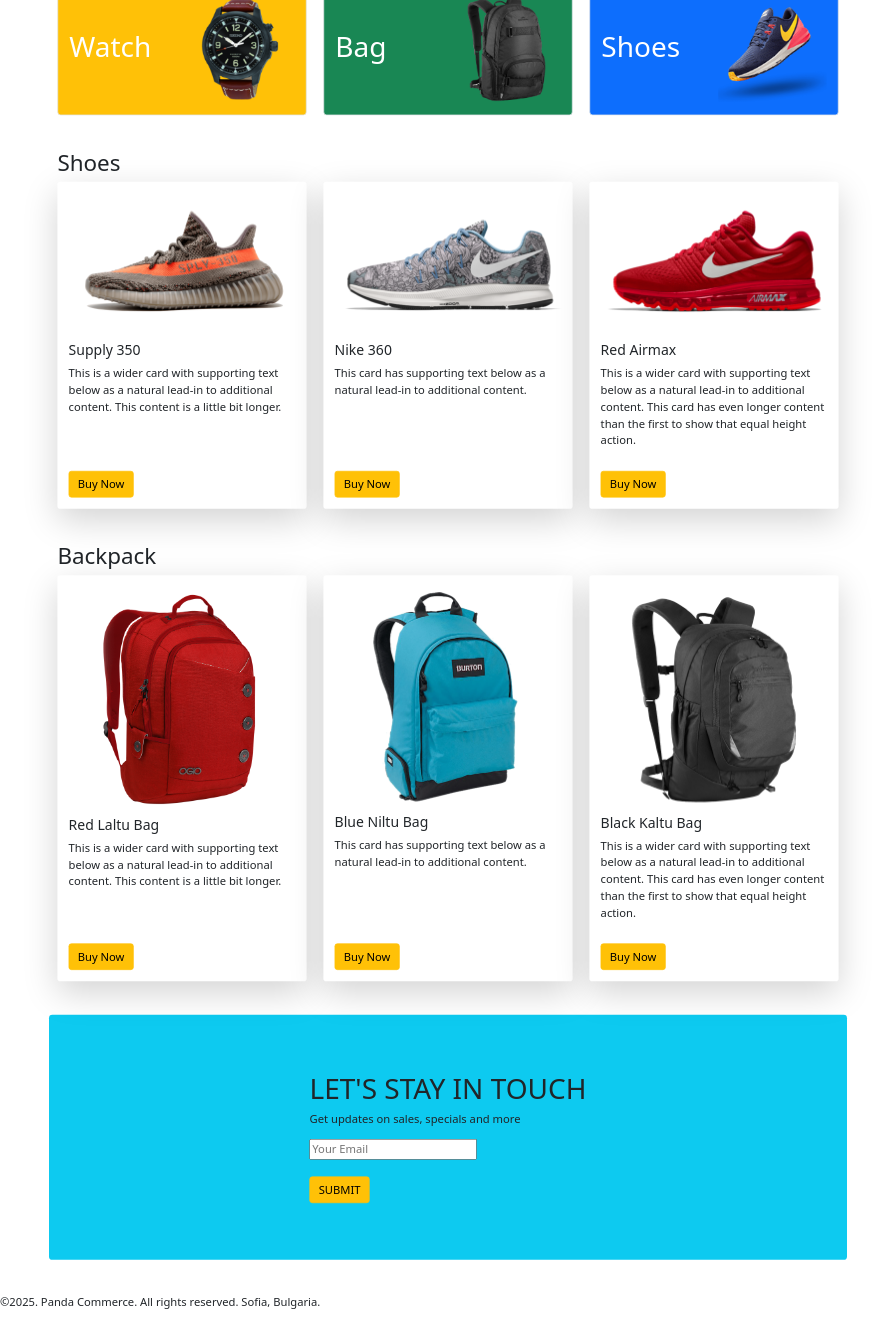
Repository: mdmohiddin/panda-commerce-rp
Page: index.html
These files come from the project's save history. The page is drawn as it stood at one moment and after the next save; the edit follows.
The browser window is 1280 px wide. The pictures show the part of the page from y = 664 to 2584 px (the page is 2584 px tall), at 70% of full size.

Above is the page before, as saved 2021-07-28 19:51:55.

### index.html
<!DOCTYPE html>
<html lang="en">
<head>
    <meta charset="UTF-8">
    <meta http-equiv="X-UA-Compatible" content="IE=edge">
    <meta name="viewport" content="width=device-width, initial-scale=1.0">
    <title>panda-commerce</title>
    <!-- Bootstrap Stylesheet -->
    <link href="https://cdn.jsdelivr.net/npm/bootstrap@5.0.2/dist/css/bootstrap.min.css" rel="stylesheet" integrity="sha384-EVSTQN3/azprG1Anm3QDgpJLIm9Nao0Yz1ztcQTwFspd3yD65VohhpuuCOmLASjC" crossorigin="anonymous">

</head>
<body>
    <!-- header star -->
    <header>
        <nav class="navbar navbar-expand-lg navbar-light bg-light">
            <div class="container">
              <a class="navbar-brand" href="#">
                <img src="images/logo.png" alt="">
              </a>
              <button class="navbar-toggler" type="button" data-bs-toggle="collapse" data-bs-target="#navbarSupportedContent" aria-controls="navbarSupportedContent" aria-expanded="false" aria-label="Toggle navigation">
                <span class="navbar-toggler-icon"></span>
              </button>
              <div class="collapse navbar-collapse" id="navbarSupportedContent">

                <ul class="navbar-nav me-auto mb-2 mb-lg-0">

                    <li class="nav-item">
                    <a class="nav-link active" aria-current="page" href="#">Home</a>
                  </li>

                  <li class="nav-item">
                    <a class="nav-link" href="#">Shoes</a>
                  </li>

                  <li class="nav-item">
                    <a class="nav-link" href="#">Backpack</a>
                  </li>

                  <li class="nav-item">
                    <a class="nav-link" href="#">Subscribe</a>
                  </li>

                </ul>
              </div>
            </div>
          </nav>

          <!-- image slider -->
          <section class="container">
            <div id="carouselExampleControls" class="carousel slide" data-bs-ride="carousel">

                <div class="carousel-inner">

                    <div class="carousel-item active">

                        <div class="row bg-info p-5 d-flex align-items-center">
                            <div class="col-lg-7">
                                <h1>Cool Dude Headphone</h1>
                                <p>This is the best headphone in the world for people who just want to waste time in front of funky world.</p>
                                <h1>$420</h1>
                                <button class="btn-warning">Buy Now</button>
                            </div>
                            <div class="col-lg-5">
                                <img src="images/banner-images/headphone.png" class="d-block w-100" alt="...">
                            </div>
                        </div>
                  </div>

                  <div class="carousel-item">
                    <div class="row bg-info p-5 d-flex align-items-center">
                        <div class="col-lg-7">
                            <h1>Mega LCD TV For Sports</h1>
                            <p>This is the best headphone in the world for people who just want to waste time in front of funky world.</p>
                            <h1>$420</h1>
                            <button class="btn-warning">Buy Now</button>
                        </div>
                        <div class="col-lg-5">
                            <img src="images/banner-images/tv.png" class="d-block w-100" alt="...">
                        </div>
                    </div>
                  </div>

                  <div class="carousel-item">
                    <div class="row bg-info p-5 d-flex align-items-center">
                        <div class="col-lg-7">
                            <h1>X-Box for your living room</h1>
                            <p>This is the best headphone in the world for people who just want to waste time in front of funky world.</p>
                            <h1>$600</h1>
                            <button class="btn-warning">Buy Now</button>
                        </div>
                        <div class="col-lg-5">
                            <img src="images/banner-images/xbox.png" class="d-block w-100" alt="...">
                        </div>
                    </div>
                  </div>
                </div>
                <button class="carousel-control-prev" type="button" data-bs-target="#carouselExampleControls" data-bs-slide="prev">
                  <span class="carousel-control-prev-icon" aria-hidden="true"></span>
                  <span class="visually-hidden">Previous</span>
                </button>
                <button class="carousel-control-next" type="button" data-bs-target="#carouselExampleControls" data-bs-slide="next">
                  <span class="carousel-control-next-icon" aria-hidden="true"></span>
                  <span class="visually-hidden">Next</span>
                </button>
              </div>
          </section>
    </header>
    <!-- header end -->

    <main>
        <!-- catergories -->
        <section class="container my-5">
                <div class="row g-4">

                  <div class="col-lg-4 col-md-6 col-12">
                    <div class="p-3 border bg-warning d-flex align-items-center d-flex justify-content-between rounded-3">
                        <h1 class="text-white">Watch</h1>
                        <img src="images/categories/watch.png" alt="">
                    </div>
                  </div>

                  <div class="col-lg-4 col-md-6 col-12">
                    <div class="p-3 border bg-success d-flex align-items-center d-flex justify-content-between rounded-3">
                        <h1 class="text-white">Bag</h1>
                        <img src="images/categories/bag.png" alt="">
                    </div>
                  </div>

                  <div class="col-lg-4 col-md-6 col-12">
                    <div class="p-3 border bg-primary d-flex align-items-center d-flex justify-content-between rounded-3">
                        <h1 class="text-white">Shoes</h1>
                        <img src="images/categories/shoes.png" alt="">
                    </div>
                  </div>
                </div>
        </section>

        <!-- Shoes -->
        <section class="container">
            <h2>Shoes</h2>
            <div class="row row-cols-1 row-cols-md-2 row-cols-lg-3 g-4">

                <div class="col">
                  <div class="card h-100 border-0 shadow-lg">
                    <img src="images/shoes/shoe-1.png" class="card-img-top" alt="...">
                    <div class="card-body">
                      <h5 class="card-title">Supply 350</h5>
                      <p class="card-text">This is a wider card with supporting text below as a natural lead-in to additional content. This content is a little bit longer.</p>
                    </div>
                    <div class="m-3">
                     <button class="btn btn-warning">Buy Now</button>
                    </div>
                  </div>
                </div>

                <div class="col">
                  <div class="card h-100 border-0 shadow-lg">
                    <img src="images/shoes/shoe-2.png" class="card-img-top" alt="...">
                    <div class="card-body">
                      <h5 class="card-title">Nike 360</h5>
                      <p class="card-text">This card has supporting text below as a natural lead-in to additional content.</p>
                    </div>
                    <div class="m-3">
                      <button class="btn btn-warning">Buy Now</button>
                    </div>
                  </div>
                </div>

                <div class="col">
                  <div class="card h-100 border-0 shadow-lg">
                    <img src="images/shoes/shoe-3.png" class="card-img-top" alt="...">
                    <div class="card-body">
                      <h5 class="card-title">Red Airmax</h5>
                      <p class="card-text">This is a wider card with supporting text below as a natural lead-in to additional content. This card has even longer content than the first to show that equal height action.</p>
                    </div>
                    <div class="m-3">
                     <button class="btn btn-warning">Buy Now</button>
                    </div>
                  </div>
                </div>
              </div>
        </section>

        <!-- Backpack -->
        <section class="container my-5">
            <h2>Backpack</h2>
            <div class="row row-cols-1 row-cols-md-2 row-cols-lg-3 g-4">

                <div class="col">
                  <div class="card h-100 border-0 shadow-lg">
                    <img src="images/bags/bag-1.png" class="card-img-top" alt="...">
                    <div class="card-body">
                      <h5 class="card-title">Red Laltu Bag</h5>
                      <p class="card-text">This is a wider card with supporting text below as a natural lead-in to additional content. This content is a little bit longer.</p>
                    </div>
                    <div class="m-3">
                     <button class="btn btn-warning">Buy Now</button>
                    </div>
                  </div>
                </div>

                <div class="col">
                  <div class="card h-100 border-0 shadow-lg">
                    <img src="images/bags/bag-2.png" class="card-img-top" alt="...">
                    <div class="card-body">
                      <h5 class="card-title">Blue Niltu Bag</h5>
                      <p class="card-text">This card has supporting text below as a natural lead-in to additional content.</p>
                    </div>
                    <div class="m-3">
                      <button class="btn btn-warning">Buy Now</button>
                    </div>
                  </div>
                </div>

                <div class="col">
                  <div class="card h-100 border-0 shadow-lg">
                    <img src="images/bags/bag-3.png" class="card-img-top" alt="...">
                    <div class="card-body">
                      <h5 class="card-title">Black Kaltu Bag</h5>
                      <p class="card-text">This is a wider card with supporting text below as a natural lead-in to additional content. This card has even longer content than the first to show that equal height action.</p>
                    </div>
                    <div class="m-3">
                     <button class="btn btn-warning">Buy Now</button>
                    </div>
                  </div>
                </div>
              </div>
        </section>

        <!-- Subscription -->
        <section style="height: 350px;" class="container d-flex justify-content-center bg-info d-flex align-items-center rounded-3">
            <div>
                <h1>LET'S STAY IN TOUCH</h1>
                <p>Get updates on sales, specials and more</p>
                <input type="text" placeholder="Your Email">
                <br><br>
                <button class="btn btn-warning">SUBMIT</button>
                </div>
        </section>
    </main>
    <footer class="my-5">
        <p>©2025. Panda Commerce. All rights reserved. Sofia, Bulgaria.</p>
    </footer>

    <!-- Bootstrap JS -->
    <script src="https://cdn.jsdelivr.net/npm/bootstrap@5.0.2/dist/js/bootstrap.bundle.min.js" integrity="sha384-MrcW6ZMFYlzcLA8Nl+NtUVF0sA7MsXsP1UyJoMp4YLEuNSfAP+JcXn/tWtIaxVXM" crossorigin="anonymous"></script>
</body>
</html>

After the next save:
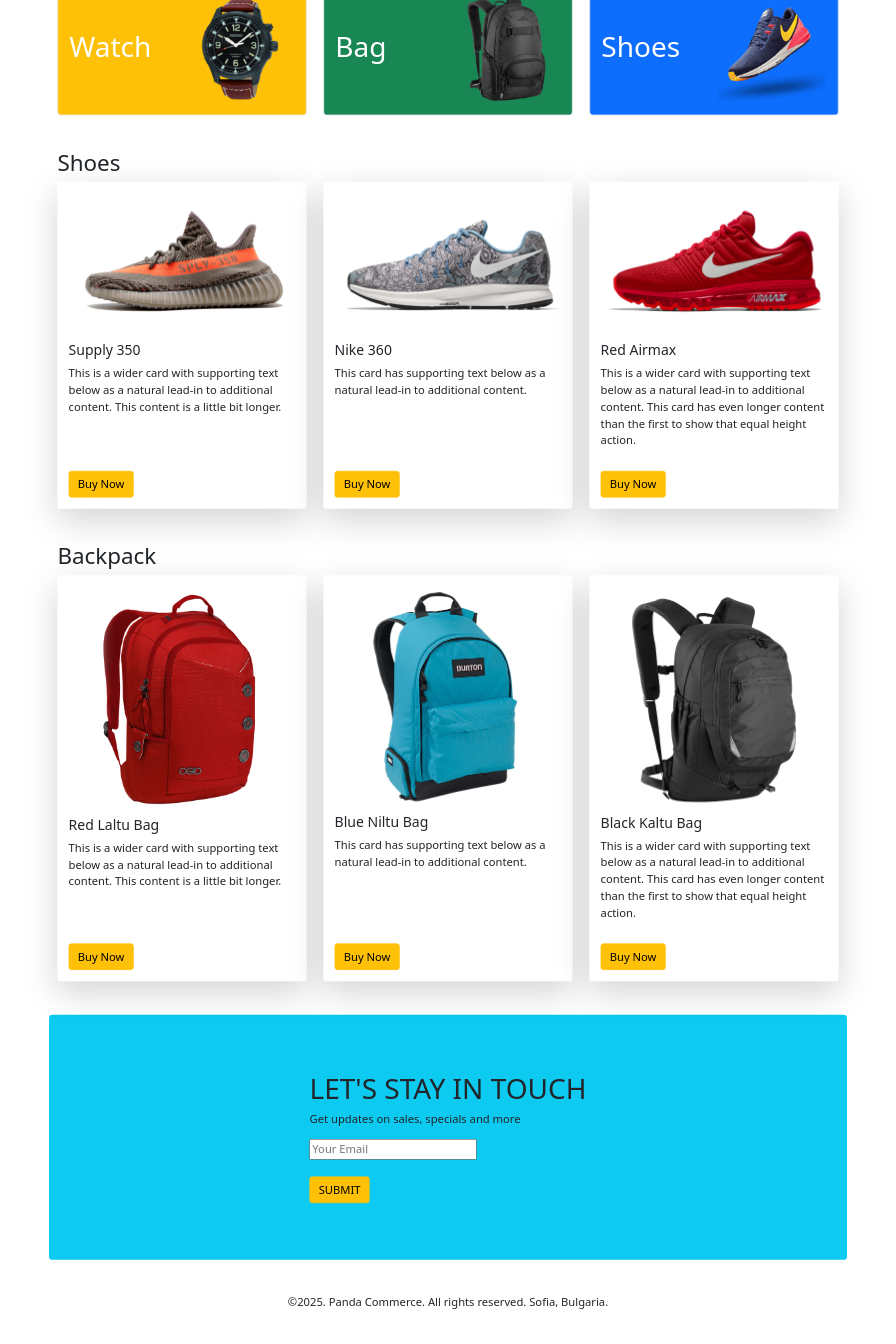
Saved 37 s later.
--- a/index.html
+++ b/index.html
@@ -238,7 +238,7 @@
                 </div>
         </section>
     </main>
-    <footer class="my-5">
+    <footer class="my-5 text-lg-center">
         <p>©2025. Panda Commerce. All rights reserved. Sofia, Bulgaria.</p>
     </footer>
 
